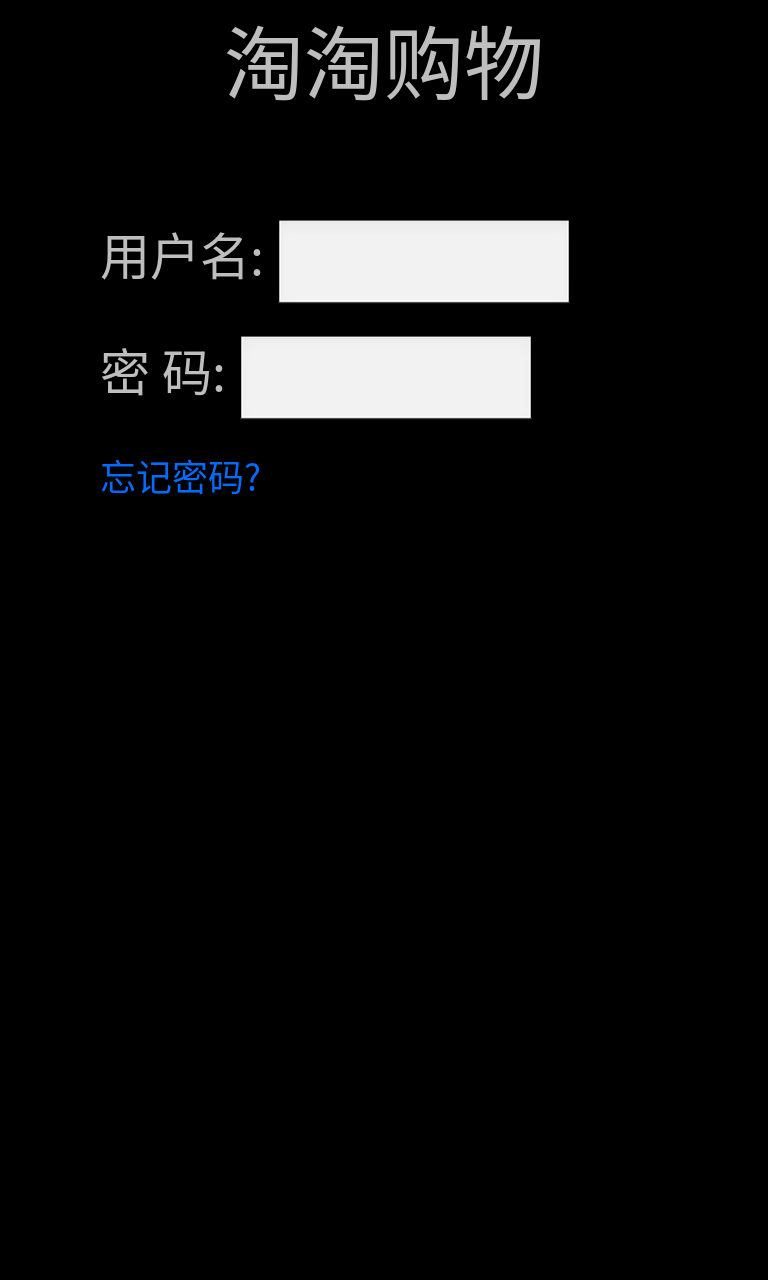
Repository: jcyfkimi/Android-TaoTao
Layout: TaoTao/res/layout/login.xml
The author's editor kept a copy of each file at every save. The layout is drawn from the files as they stood at one save, then again after the next save.
It is drawn on a 768 x 1280 px phone screen (xhdpi) without system bars, with theme android:Theme; the app's code is not run.

Above is the layout before, as saved 2011-09-13 06:24:35.

After the next save:
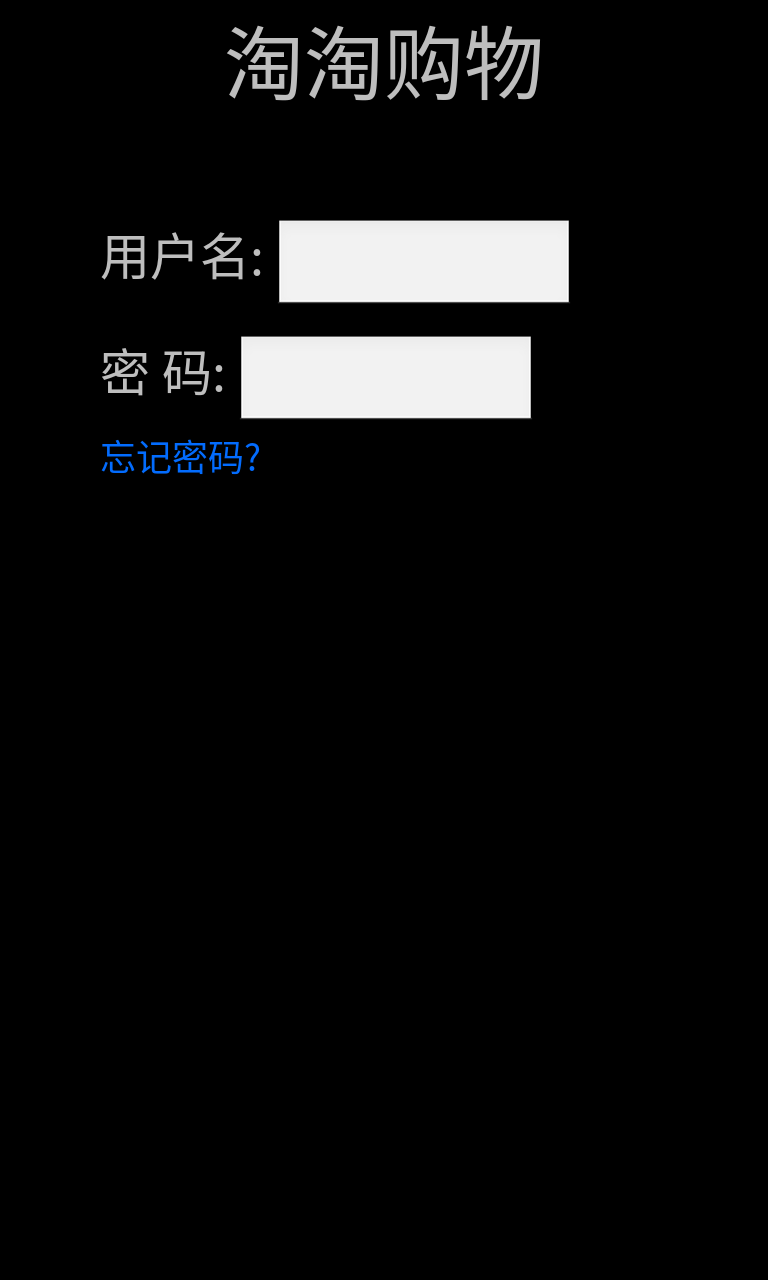
Saved 68 s later.
--- a/TaoTao/res/layout/login.xml
+++ b/TaoTao/res/layout/login.xml
@@ -59,6 +59,7 @@
 	    	android:text="@string/forgetpass"
 	    	android:textSize="18dip"
 	    	android:textColor="#036CFE"
+	    	android:layout_gravity="left"
 	    	/>
 
 	    </LinearLayout>

After the 3 saves that followed:
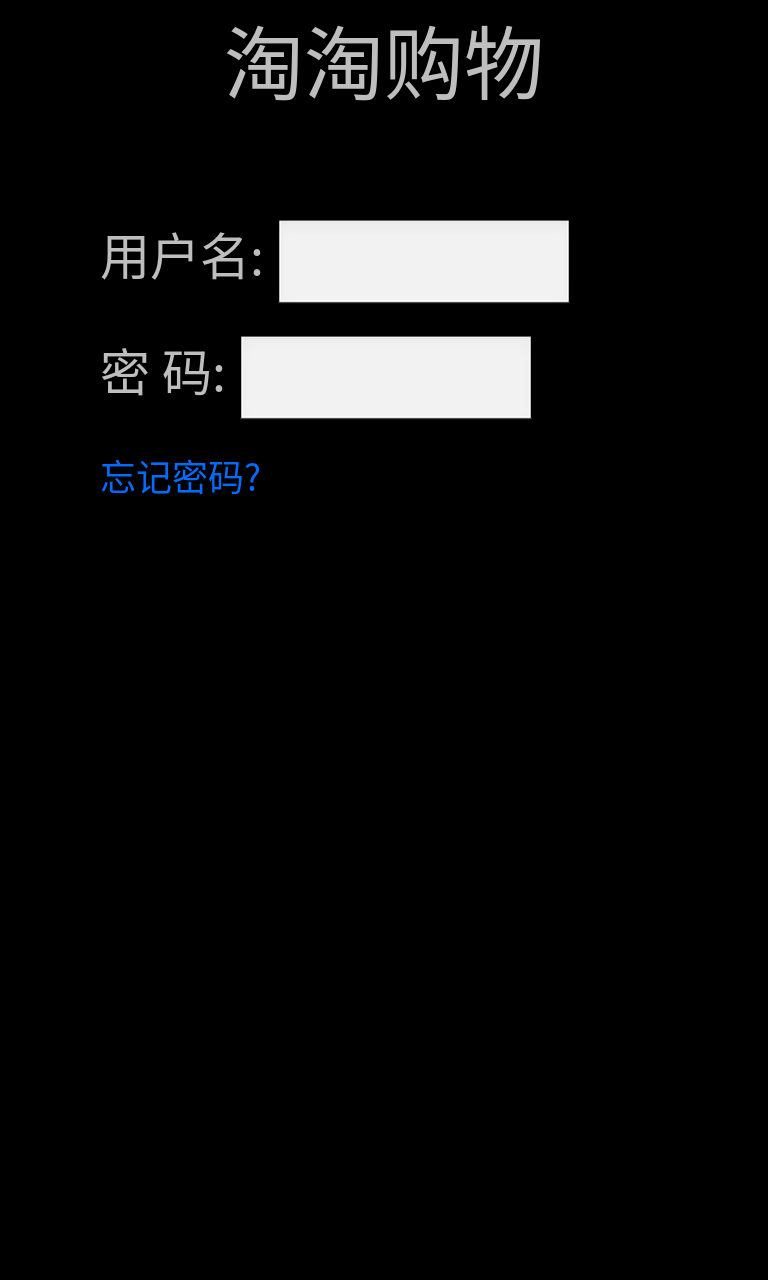
The 3 saves are shown as one change because 2 left the picture as it was.
The last was saved 110 s later.
--- a/TaoTao/res/layout/login.xml
+++ b/TaoTao/res/layout/login.xml
@@ -49,7 +49,7 @@
 
 	<LinearLayout xmlns:android="http://schemas.android.com/apk/res/android"
 	    android:orientation="horizontal"
-	    android:layout_width="wrap_content"
+	    android:layout_width="fill_parent"
 	    android:layout_height="wrap_content"
 	    >
 	    <TextView android:layout_width="wrap_content"
@@ -59,7 +59,6 @@
 	    	android:text="@string/forgetpass"
 	    	android:textSize="18dip"
 	    	android:textColor="#036CFE"
-	    	android:layout_gravity="left"
 	    	/>
 
 	    </LinearLayout>
